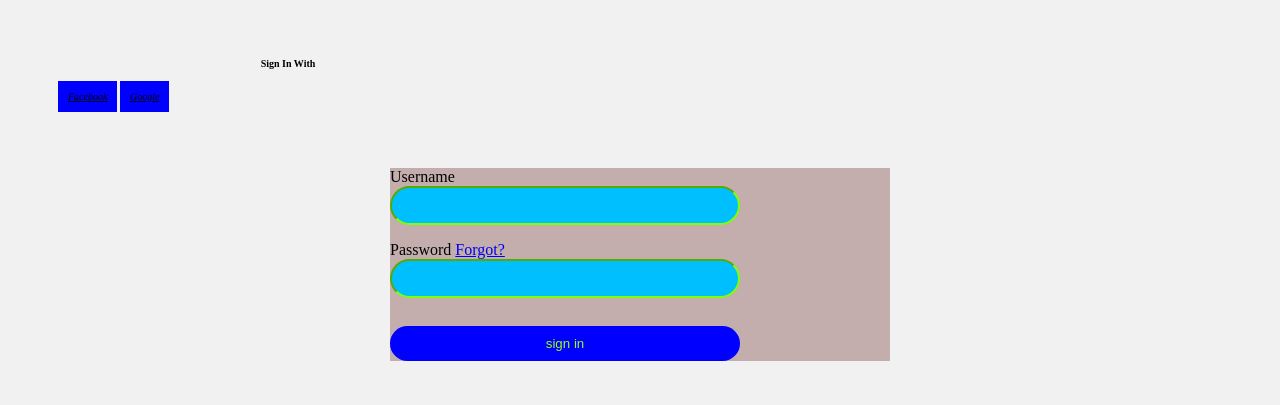
Repository: Tobby004/bdc-assignment-2
Page: index.html
The author's editor kept a copy of each file at every save. The page is drawn from the files as they stood at one save, then again after the next save.
The browser window is 1280 px wide. The pictures show the whole page.

Above is the page before, as saved 2023-02-08 21:58:37.

### index.html
<!DOCTYPE html>
<html lang="en">
<head>
    <meta charset="UTF-8">
    <meta http-equiv="X-UA-Compatible" content="IE=edge">
    <meta name="viewport" content="width=<device-width>, initial-scale=1.0">
    <title>Document</title>
    <link rel="stylesheet" href="task.css">
</head>
<body>
    <header>
    <div class="flex-container">
            <b>
             <center>Sign In With</center>
            </b>
        <br>
        <br>
        <a href="#">
            Facebook</a>
            <a href="#">
                Google
            </a>
            </div>
        </header>

        <div class="form-input">
        <p>Username
            <br>
            <input type="text" placeholder="" />
        </p>
         <p>Password
            <a href="#">Forgot?</a>
            <br>
            <input type="password" /></
         </p>
         <br>
         <button>sign in</button>
        </div>

</body>
</html>

### task.css
*{
    box-sizing: border-box;
}
body {
    background-color: #f1f1f1;
}
header{
    padding: 20px;
    justify-content: right;
}
header a {
    padding: 10px;
    width: 100%;
    max-width: 500px;
    font-style: italic;
    background: blue;
    color: black;
}
.flex-container {
    margin:10px;
    display: block;
    padding: 20px;
    font-size: 10px;

}
.flex-container div {
    max-width: 500px;
    padding: 10px;
    display: block;
    font-size: medium;
    margin-left: auto;
    margin-right: auto;
}
header div {
    display: flex;
    padding: 20px;
    font-size: 20px;
    max-width: 500px;
    margin-left: auto;
    margin-right: auto;
}
.form-input {
    background-color:rgb(195, 173, 173);
    width: 100%;
    max-width: 500px;
    margin-left: auto;
    margin-right: auto ;
}
input {
    display: block;
    width: 70%;
    background-color: deepskyblue;
    border-radius: 20px;
    margin-bottom: 10px;
    padding: 10px;
    border-color: chartreuse;
}
button {
    display: block;
    width: 70%;
    border: none;
    padding: 10px;
    border-radius: 20px;
    background-color: blue;
    color: rgb(153, 255, 20);
}

After the next save:
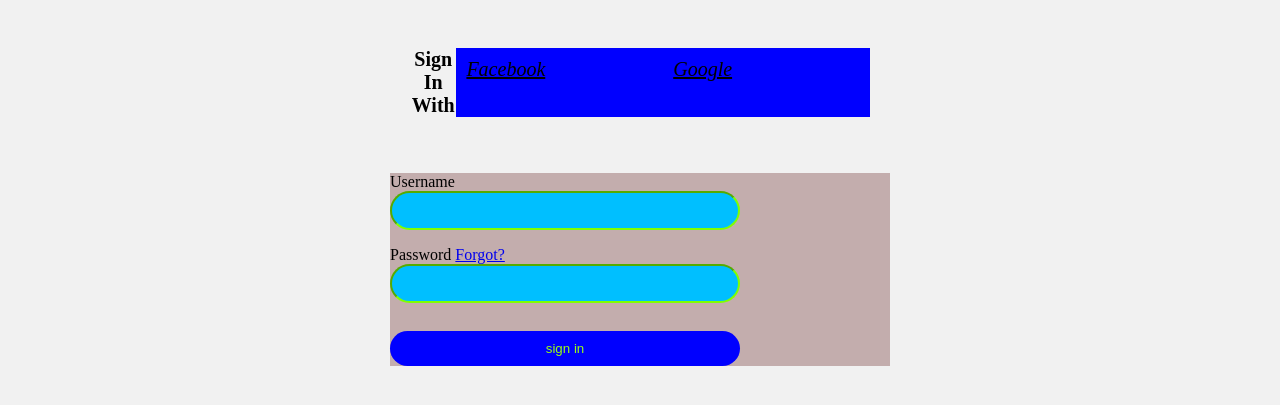
Saved 8 h 33 min later.
--- a/index.html
+++ b/index.html
@@ -10,6 +10,7 @@
 <body>
     <header>
     <div class="flex-container">
+        <br>
             <b>
              <center>Sign In With</center>
             </b>
--- a/task.css
+++ b/task.css
@@ -16,14 +16,12 @@ header a {
     background: blue;
     color: black;
 }
-.flex-container {
-    margin:10px;
-    display: block;
+.box {
     padding: 20px;
-    font-size: 10px;
+}
 
 }
-.flex-container div {
+.box div {
     max-width: 500px;
     padding: 10px;
     display: block;
